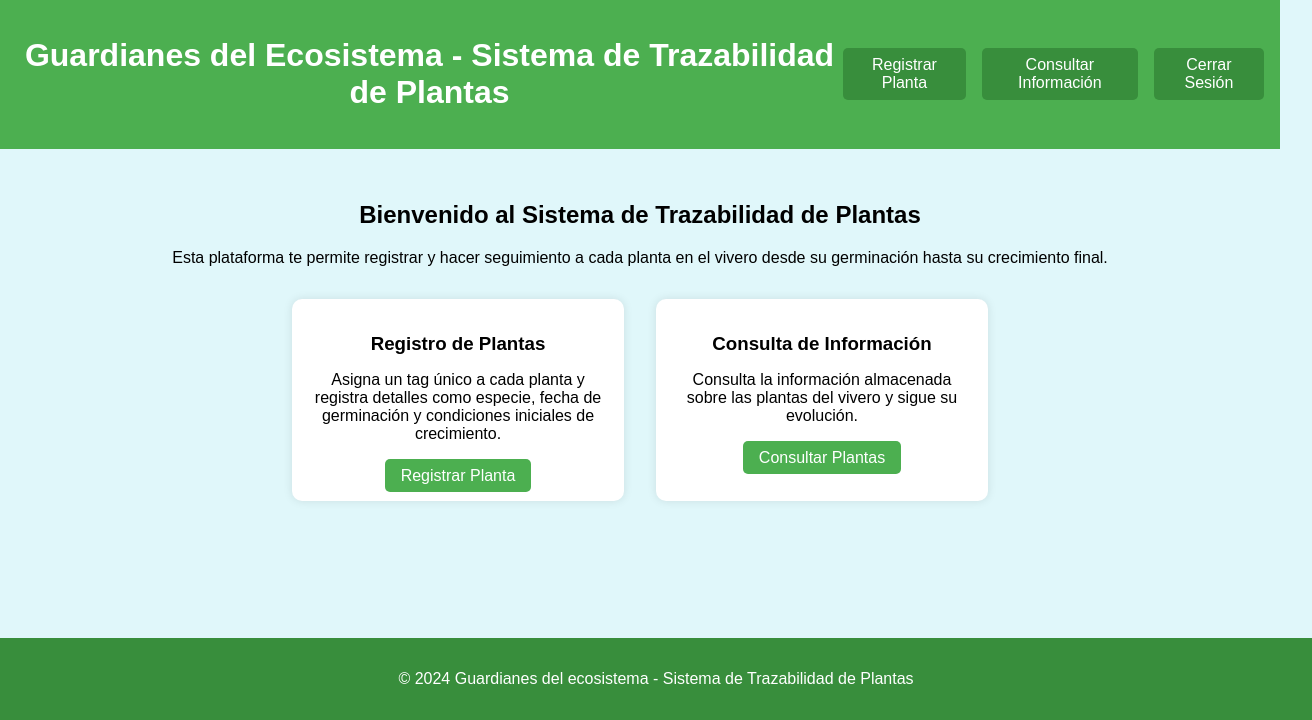
Repository: EzioPuma/guardianesdelecosistema
Page: http://localhost/homesupervisor
The author's editor kept a record of every edit. The page is drawn from the files as they stood at one moment, then again after the next edit.
The browser window is 1280 px wide. The page is 1312 px wide, so the pictures cover 1312 px, including what lies to the right of the window. The pictures show the whole page.
The page is served by the project's application, run on Flask 3 (app.py).

Above is the page before.

After the next edit:
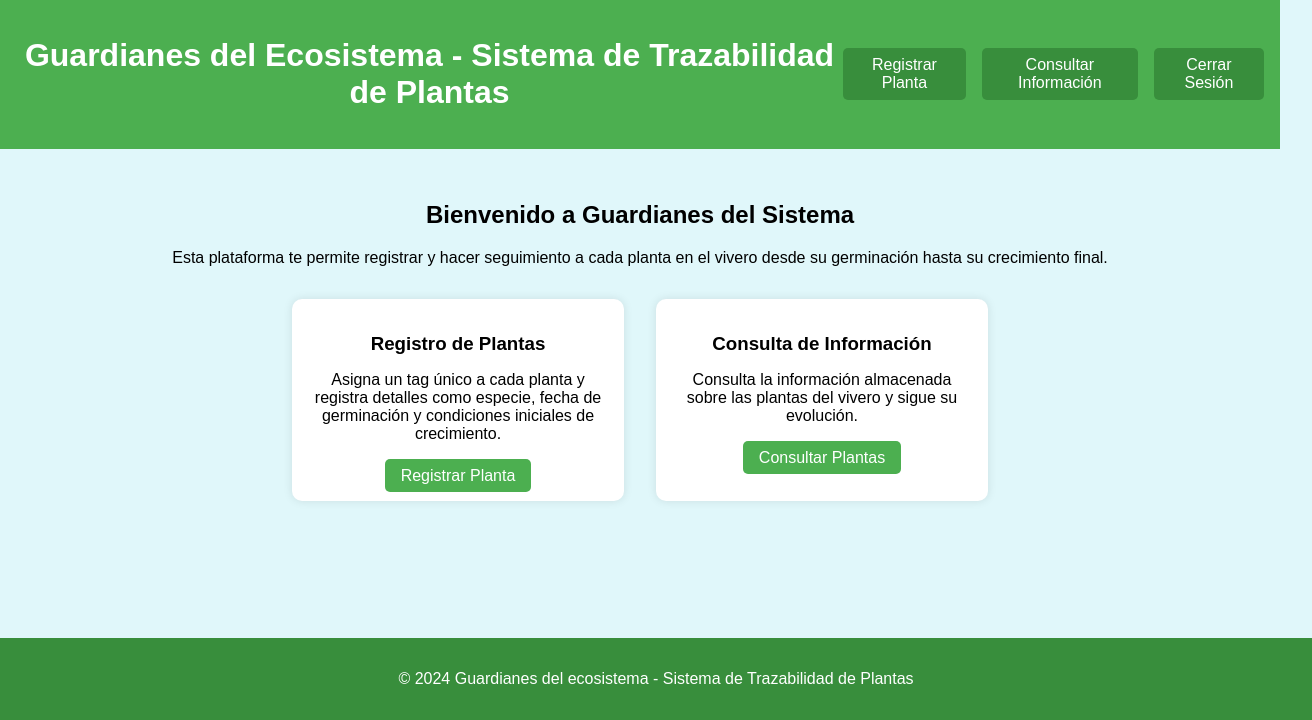
The edit:
--- a/templates/homesupervisor.html
+++ b/templates/homesupervisor.html
@@ -21,7 +21,7 @@
 
     <main>
         <section class="intro">
-            <h2>Bienvenido al Sistema de Trazabilidad de Plantas</h2>
+            <h2>Bienvenido a Guardianes del Sistema</h2>
             <p>Esta plataforma te permite registrar y hacer seguimiento a cada planta en el vivero desde su germinación hasta su crecimiento final.</p>
         </section>
 
